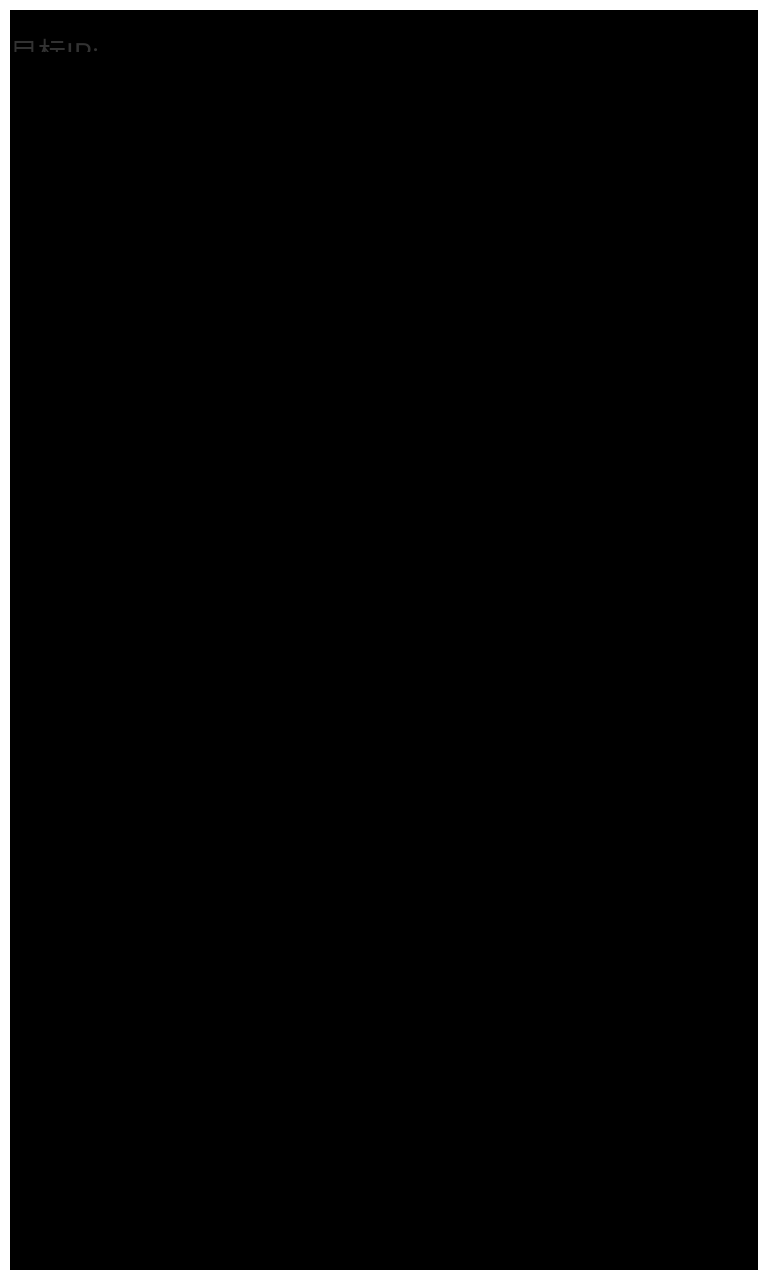
Repository: Ollyder/eclipse_work
Layout: WIFI_PM2.5(UI)/res/layout/activity_main.xml
These files come from the project's save history. The layout is drawn as it stood at one moment and after the next save; the edit follows.
It is drawn on a 768 x 1280 px phone screen (xhdpi) without system bars, with theme AppTheme; the app's code is not run.

Above is the layout before, as saved 2017-05-27 03:32:21.

### WIFI_PM2.5(UI)/res/layout/activity_main.xml
<LinearLayout xmlns:android="http://schemas.android.com/apk/res/android"
    android:layout_width="match_parent"
    android:layout_height="match_parent"
    android:orientation="horizontal"
    android:background="#ffffff"
   >

    <LinearLayout
        android:layout_width="0sp"
        android:layout_height="match_parent"
        android:layout_weight="1"
        android:background="#000000"
        android:orientation="vertical"
        android:layout_margin="5sp">

        <LinearLayout
            android:layout_width="match_parent"
            android:layout_height="wrap_content"
            android:orientation="horizontal">

            <TextView
            	android:id="@+id/text_view"
            	android:layout_width="wrap_content"
            	android:layout_height="wrap_content"
            	android:text="目标IP:"/>
        	<EditText
            	android:id="@+id/edit_view"
            	android:layout_width="0sp"
            	android:layout_height="0sp"
            	android:layout_weight="1"/>

        </LinearLayout>

    </LinearLayout>



</LinearLayout>

Loaded but not shown: WIFI_PM2.5(UI)/res/values/styles.xml (common file); WIFI_PM2.5(UI)/res/values-v11/styles.xml (common file); WIFI_PM2.5(UI)/res/values-v14/styles.xml (common file)

After the next save:
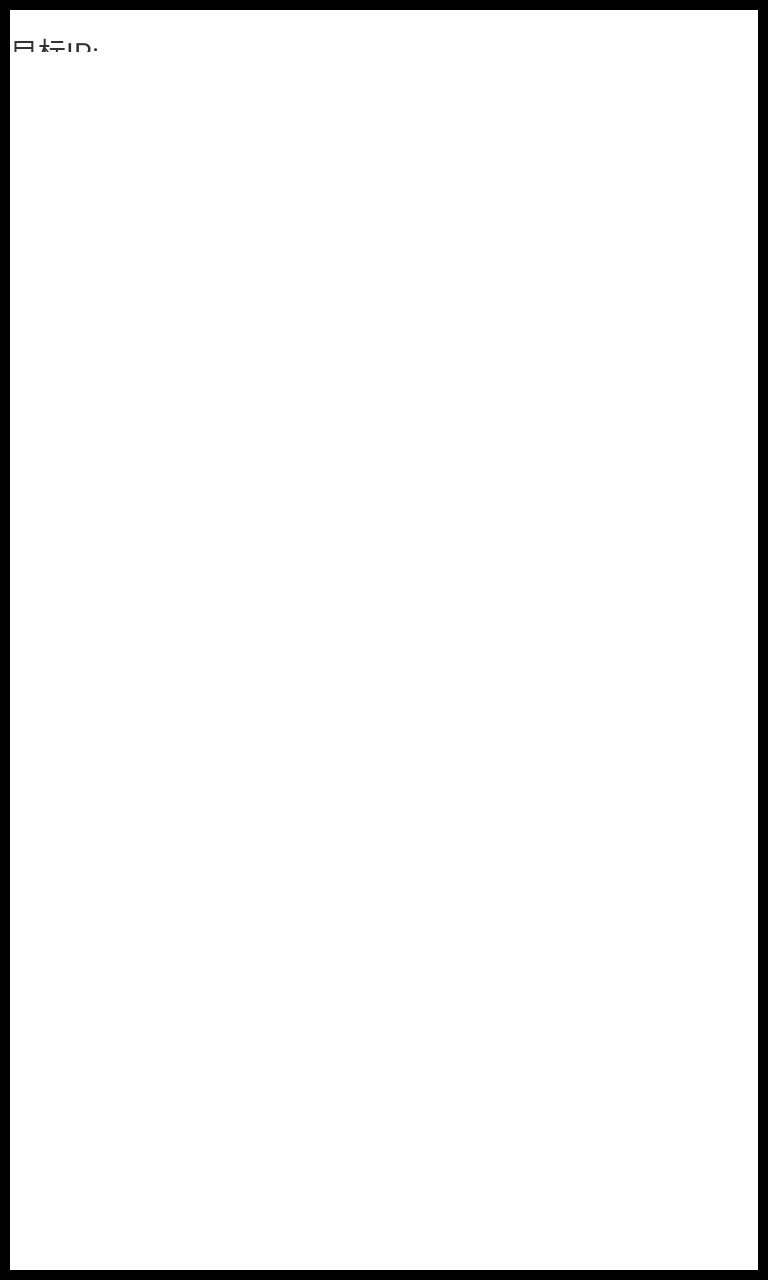
Saved 29 s later.
--- a/WIFI_PM2.5(UI)/res/layout/activity_main.xml
+++ b/WIFI_PM2.5(UI)/res/layout/activity_main.xml
@@ -2,14 +2,14 @@
     android:layout_width="match_parent"
     android:layout_height="match_parent"
     android:orientation="horizontal"
-    android:background="#ffffff"
+    android:background="#000000"
    >
 
     <LinearLayout
         android:layout_width="0sp"
         android:layout_height="match_parent"
         android:layout_weight="1"
-        android:background="#000000"
+        android:background="#ffffff"
         android:orientation="vertical"
         android:layout_margin="5sp">
 
